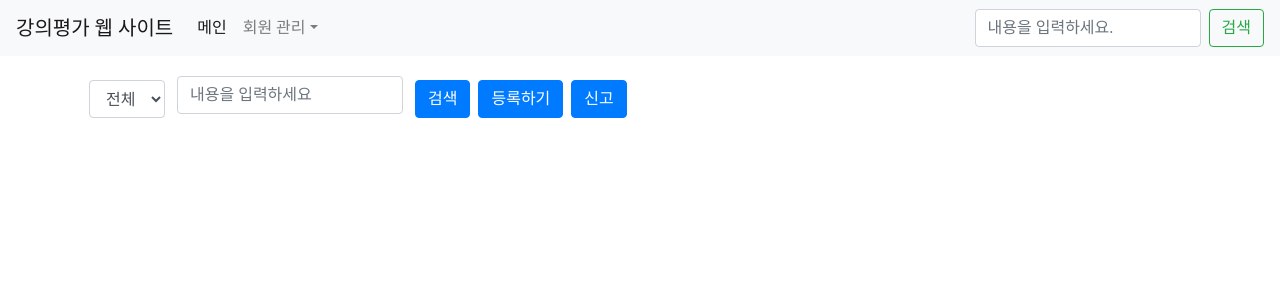
Repository: codelifee/Lecture-Evaluation-Project---java
Page: http://localhost/Lecture_Evaluation/userJoin.jsp
These files come from the project's save history. The page is drawn as it stood at one moment and after the next save; the edit follows.
The browser window is 1280 px wide. The pictures show the whole page.
Some web fonts or font styles are not loaded; a fallback is used. The page is served by Tomcat 9.

Above is the page before, as saved 2020-08-23 01:54:58.

After the next save:
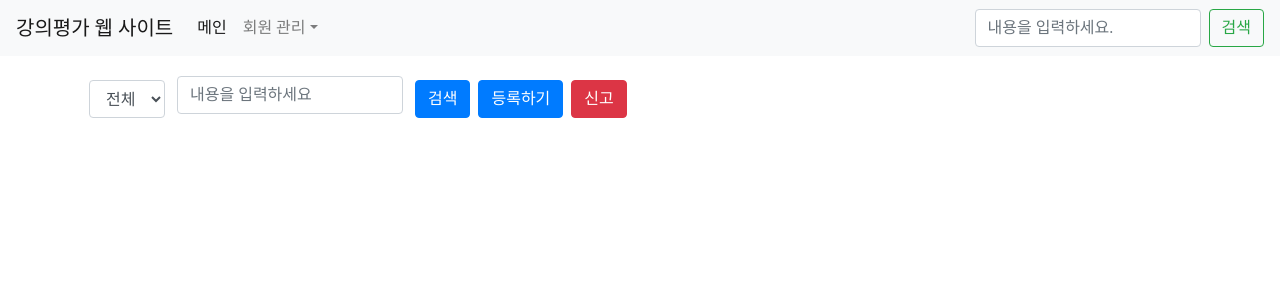
Saved 17 min 52 s later.
--- a/Lecture Evaluation/WebContent/userJoin.jsp
+++ b/Lecture Evaluation/WebContent/userJoin.jsp
@@ -48,7 +48,7 @@
 	  <input type="text" name="search" class="form-control mx-1 mx-2" placeholder="내용을 입력하세요">
 	  <button type="submit" class="btn btn-primary mx-1 mt-2">검색</button>
 	  <a class="btn btn-primary mx-1 mt-2" data-toggle="modal" href="#registerModal">등록하기</a>
-	  <a class="btn btn-primary mx-1 mt-2" data-toggle="modal" href="#reportModal">신고</a>
+	  <a class="btn btn-primary mx-1 mt-2 btn-danger" data-toggle="modal" href="#reportModal">신고</a>
 	 </form>
 	</section>
 	<div class="modal fade" id="registerModal" tabindex="-1" role="dialog" aria-labelledby="modal">
